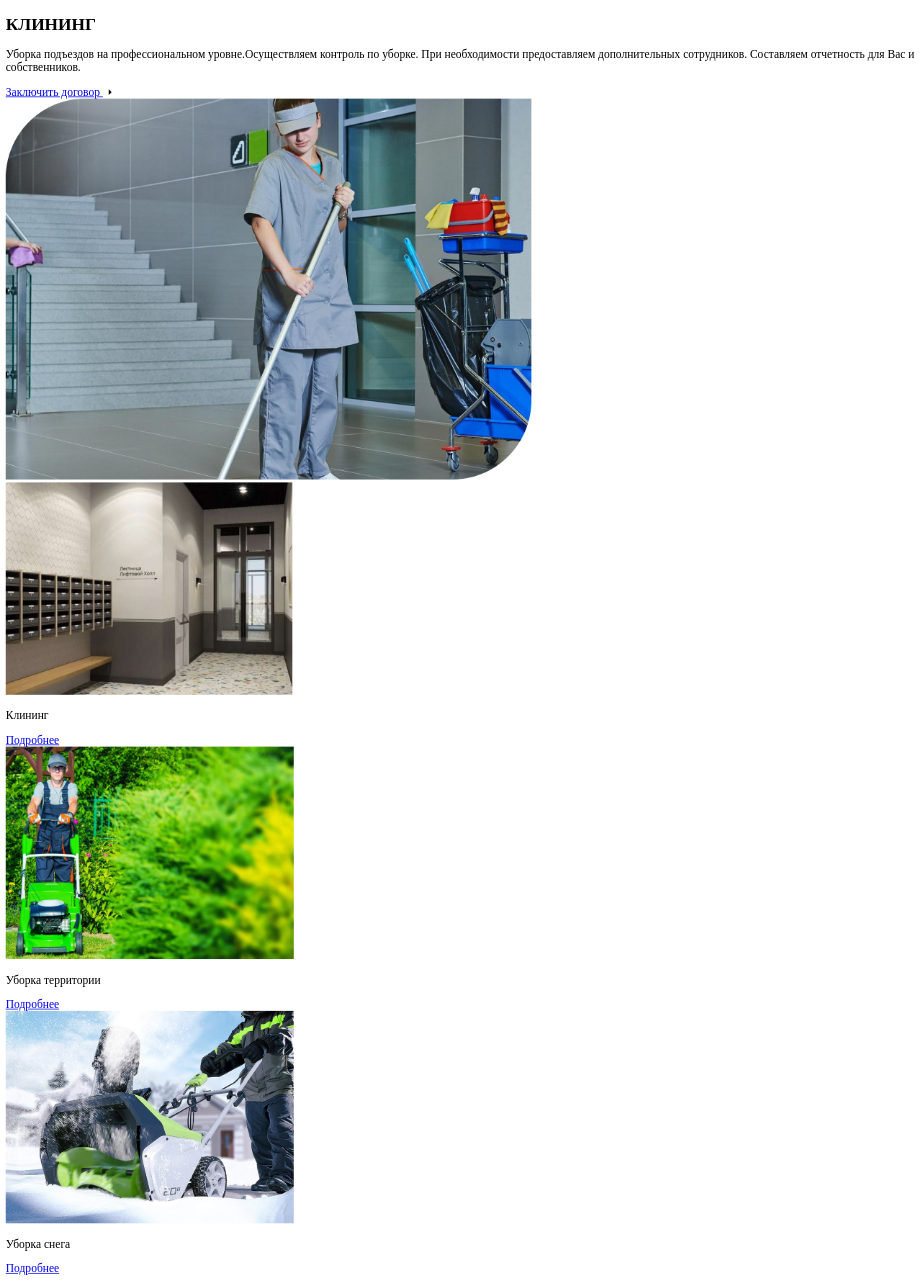
Repository: Azimich/Cleaning_
Page: src/pages/Cleaning/banner/banner.html
These files come from the project's save history. The page is drawn as it stood at one moment and after a run of saves; the edit follows.
The browser window is 1280 px wide. The pictures show the whole page, at 72% of full size.

Above is the page before, as saved 2022-10-19 18:44:43.

### src/pages/Cleaning/banner/banner.html
<!DOCTYPE html>
<section class="banner__cleaning">
  <div class="wrapper">
    <div class="banner__cleaning__container">
      <div class="banner__cleaning__items">
        <div class="banner__cleaning__info">
          <h1>КЛИНИНГ</h1>
          <p>
            Уборка подъездов на профессиональном уровне.Осуществляем контроль по уборке. При необходимости предоставляем дополнительных сотрудников. Составляем отчетность для Вас и собственников.
          </p>
          <a href="#" class="banner__cleaning__button">
            <span>Заключить договор</span>
            <svg width="13px" height="10px" viewbox="0 0 13 10">
              <path d="M1,5 L11,5"></path>
              <polyline points="8 1 12 5 8 9"></polyline>
            </svg>
          </a>
        </div>
        <div class="banner__cleaning__banner__cleaning">
          <img src="../assets/images/cleaning-banner.jpg" alt="banner__cleaning">
        </div>
      </div>
      <div class="banner__cleaning__services__items">
        <div class="banner__cleaning__services__item">
          <div class="banner__cleaning__services__item-images">
            <img src="../assets/images/cleaning-1.jpg" alt="cleaning">
          </div>
          <div class="banner__cleaning__services__item-info">
            <p class="h3">Клининг</p>
            <a href="cleaning.html" class="button-2">Подробнее</a>
          </div>
        </div>
        <div class="banner__cleaning__services__item">
          <div class="banner__cleaning__services__item-images">
            <img src="../assets/images/grass.jpg" alt="grass">
          </div>
          <div class="services__item-info">
            <p class="h3">Уборка территории</p>
            <a href="#" class="button-2">Подробнее</a>
          </div>
        </div>
        <div class="banner__cleaning__services__item">
          <div class="banner__cleaning__services__item-images">
            <img src="../assets/images/snow.jpg" alt="snow">
          </div>
          <div class="banner__cleaning__services__item-info">
            <p class="h3">Уборка снега</p>
            <a href="#" class="button-2">Подробнее</a>
          </div>
        </div>
      </div>
    </div>
  </div>
</section>

After the next 4 saves:
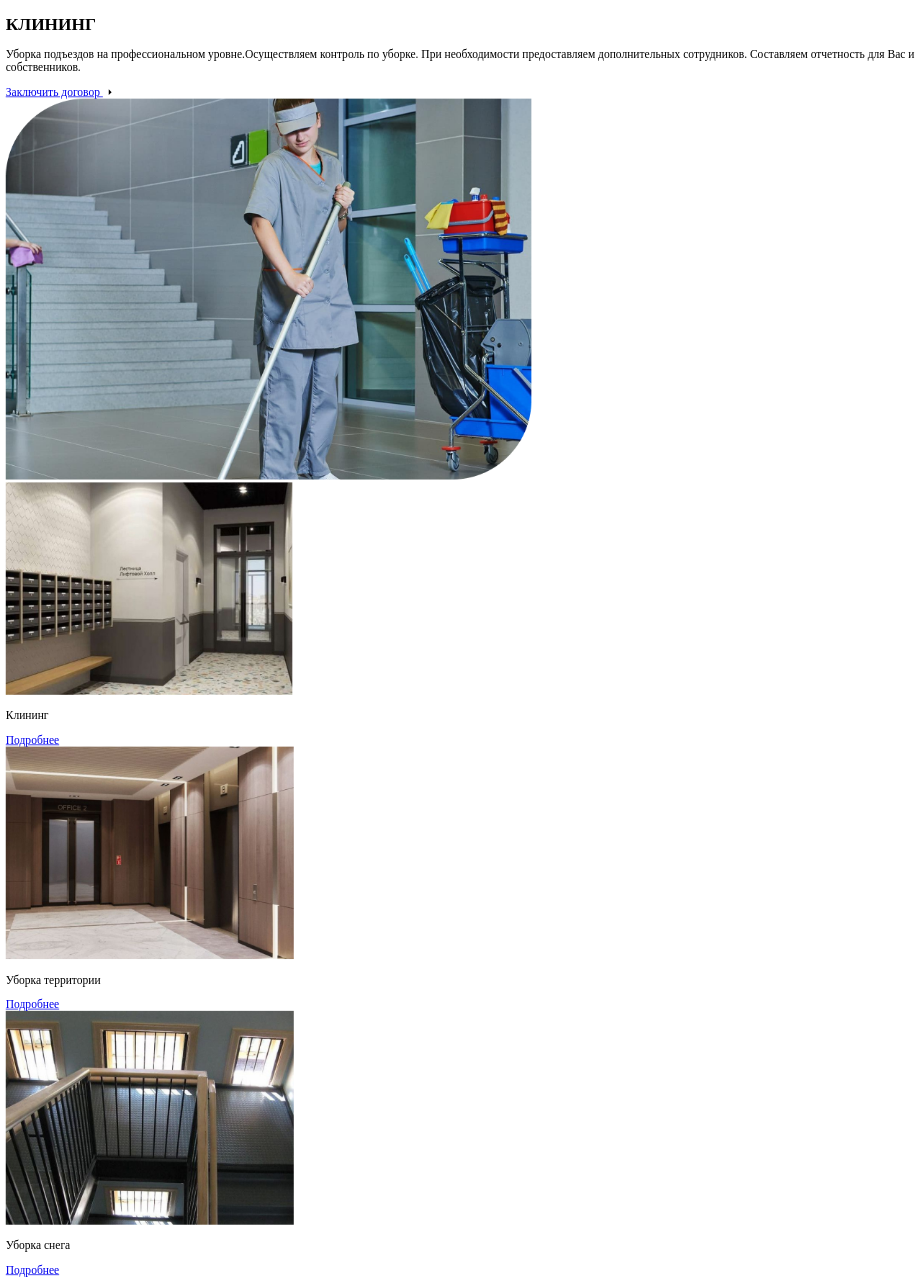
The 4 saves are shown as one change because they came seconds apart.
The last was saved 10 s later.
--- a/src/pages/Cleaning/banner/banner.html
+++ b/src/pages/Cleaning/banner/banner.html
@@ -32,7 +32,7 @@
         </div>
         <div class="banner__cleaning__services__item">
           <div class="banner__cleaning__services__item-images">
-            <img src="../assets/images/grass.jpg" alt="grass">
+            <img src="../assets/images/cleaning-2.jpg" alt="grass">
           </div>
           <div class="services__item-info">
             <p class="h3">Уборка территории</p>
@@ -41,7 +41,7 @@
         </div>
         <div class="banner__cleaning__services__item">
           <div class="banner__cleaning__services__item-images">
-            <img src="../assets/images/snow.jpg" alt="snow">
+            <img src="../assets/images/cleaning-3.jpg" alt="snow">
           </div>
           <div class="banner__cleaning__services__item-info">
             <p class="h3">Уборка снега</p>
